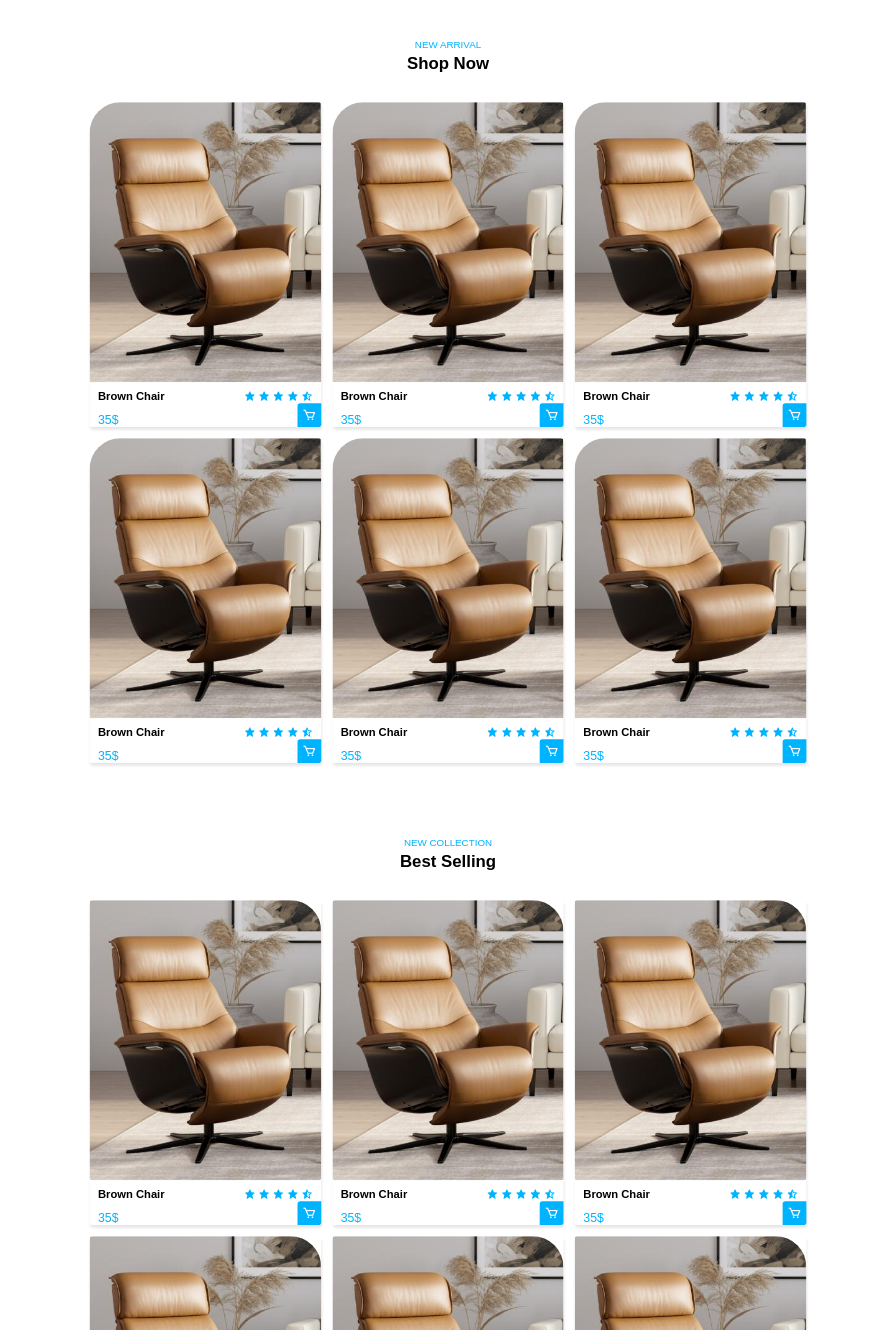
Repository: alishbah7/Choice1
Page: index.html
The author's editor kept a copy of each file at every save. The page is drawn from the files as they stood at one save, then again after the next save.
The browser window is 1280 px wide. The pictures show the part of the page from y = 720 to 2620 px (the page is 3725 px tall before and 3709 px after), at 70% of full size.
Backgrounds fixed to the window are drawn as part of the page.

Above is the page before, as saved 2024-11-24 10:48:07.

After the next save:
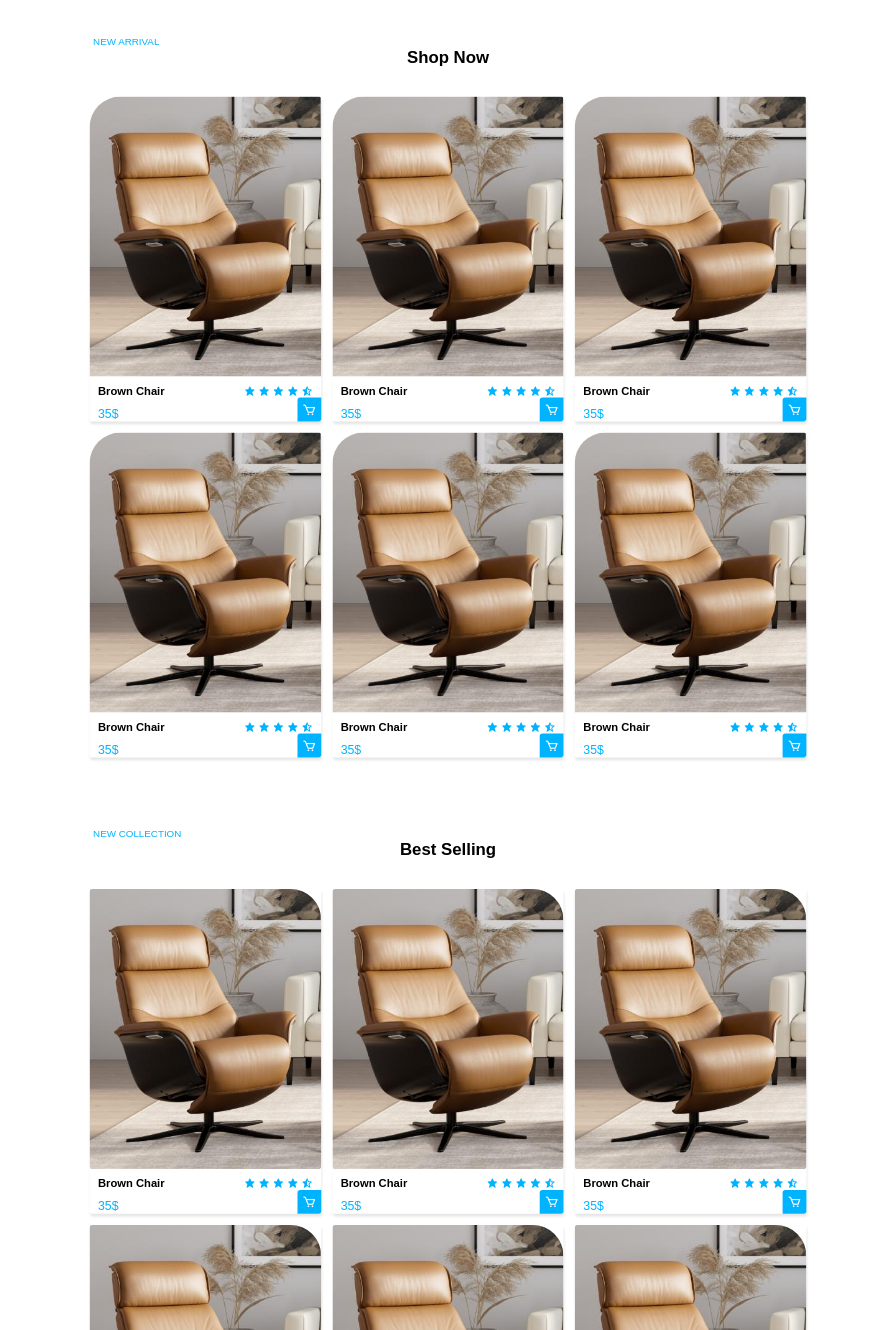
Saved 39 s later.
--- a/style.css
+++ b/style.css
@@ -104,9 +104,10 @@
 }
 
 .heading span{
-    display: flex;
-    align-items: center;
-    justify-content: center;
+    /* display: flex;
+    align-items: center;
+    justify-content: center; */
+    text-align: center;
     color: var(--main-color);
     padding: 5px;
     font-size: 14px;

After the save that followed:
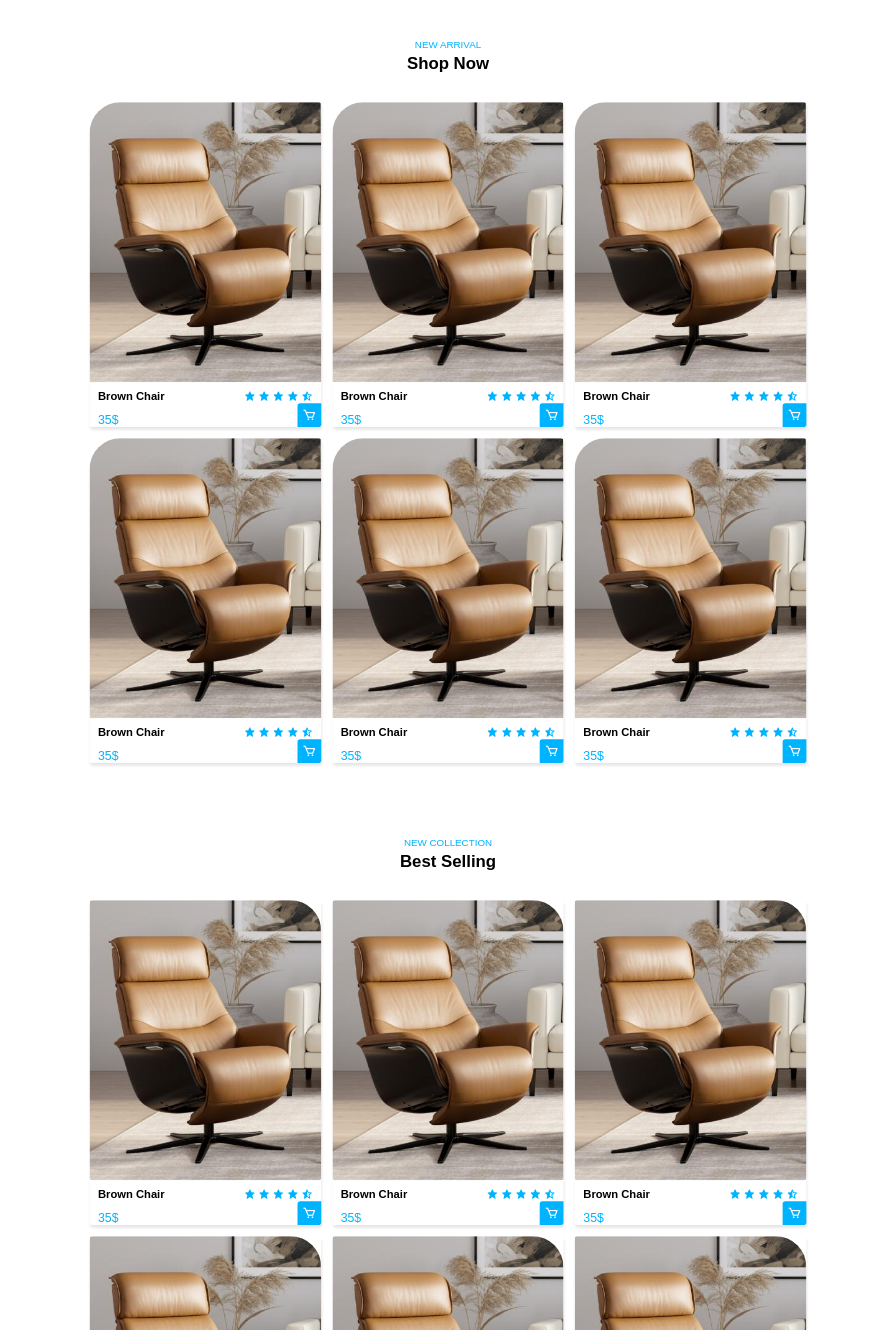
Saved 9 s later.
--- a/style.css
+++ b/style.css
@@ -104,10 +104,9 @@
 }
 
 .heading span{
-    /* display: flex;
-    align-items: center;
-    justify-content: center; */
-    text-align: center;
+    display: flex;
+    align-items: center;
+    justify-content: center;
     color: var(--main-color);
     padding: 5px;
     font-size: 14px;
